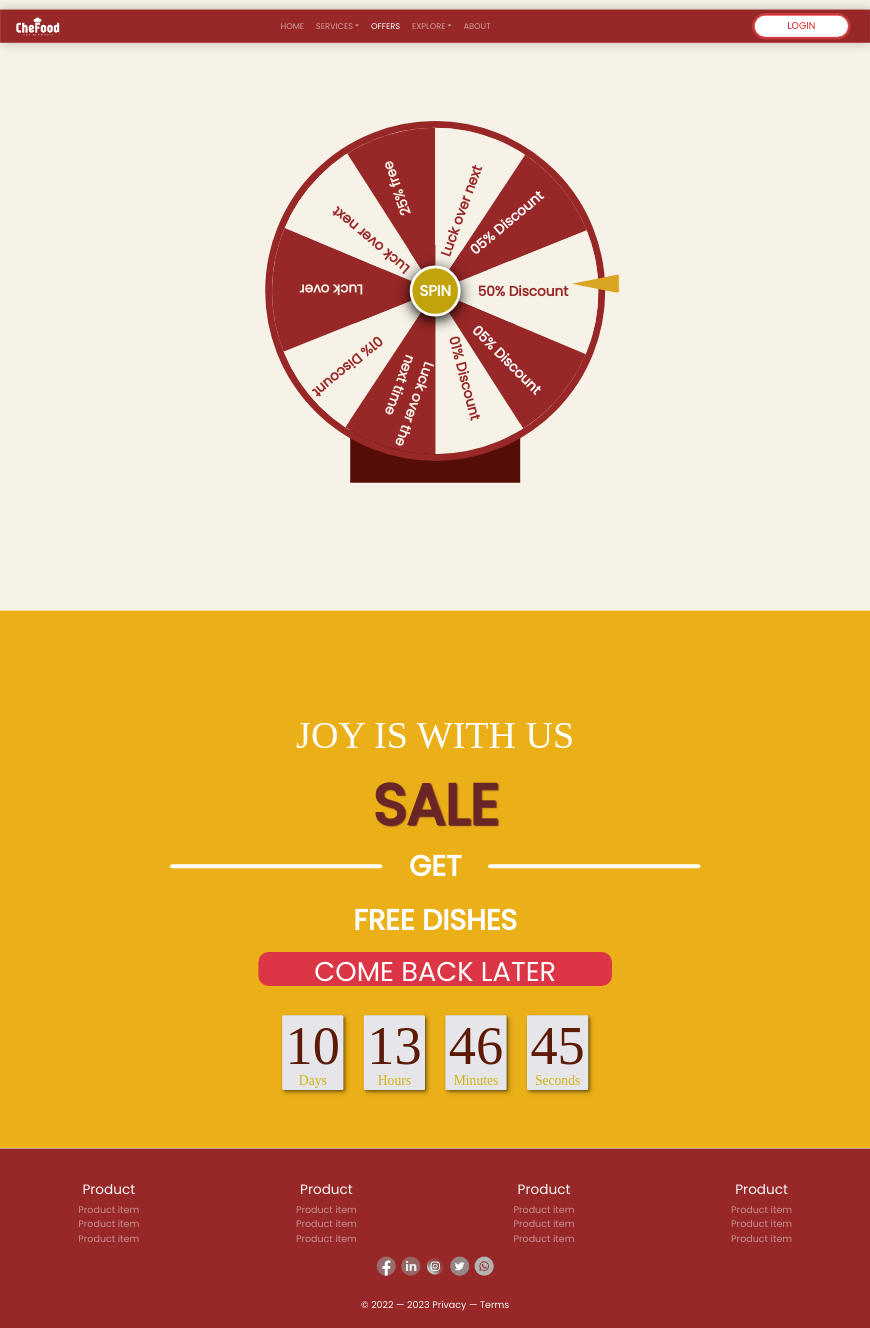
Repository: qamchamine/chefood
Page: /offers (app in front-end/)
An editor plug-in stored every save of this project. The page is shown before and after the next save, followed by the edit.
The browser window is 1280 px wide. The pictures show the whole page, at 68% of full size.
The project was rebuilt for these pictures with package versions that can differ from the ones it lists, and the page was loaded fresh each time. Some packages were replaced by stand-ins written for this rebuild. Also part of the build but not shown: front-end/src/components/small_components/ButtonMain.jsx, front-end/src/components/small_components/HomeCard.jsx, front-end/src/components/small_components/HomeCardFullSection.jsx, front-end/src/components/pages/Home.jsx, front-end/src/css/explore.css, front-end/src/components/pages/sub-pages/Gallery.jsx, front-end/src/components/pages/sub-pages/Delivery.jsx, front-end/src/components/small_components/ComponentToPrint.jsx and 28 more. Imported but missing from the stored project, and not drawn on this page: front-end/src/sounds/applause.mp3, front-end/src/sounds/wheel.mp3.

Above is the page before, as saved 2023-06-18 19:45:56.

### front-end/public/index.html
<!DOCTYPE html>
<html lang="en">
  <head>
    <meta charset="utf-8" />
    <link rel="icon" href="%PUBLIC_URL%/favicon.ico" />
    <meta name="viewport" content="width=device-width, initial-scale=1" />
    <meta name="theme-color" content="#000000" />
    <meta
      name="description"
      content="Web site created using create-react-app"
    />
    <link
    rel="stylesheet"
    href="https://fonts.googleapis.com/css?family=Roboto:400,700"
  />
    <link rel="apple-touch-icon" href="%PUBLIC_URL%/logo192.png" />
    <link rel="manifest" href="%PUBLIC_URL%/manifest.json" />

    <link rel="stylesheet" href="https://fonts.googleapis.com/icon?family=Material+Icons">

    <link rel="stylesheet" href="https://maxcdn.bootstrapcdn.com/font-awesome/4.7.0/css/font-awesome.min.css">
    <script src="https://code.jquery.com/jquery-3.5.1.min.js"></script>
    <script src="https://cdn.jsdelivr.net/npm/popper.js@1.16.0/dist/umd/popper.min.js"></script>




    <title>React App</title>
  </head>
  <body>

    <div id="root"></div>
<!--     <script src="jquery/jquery-3.6.0.js"></script>  -->
    <script src="https://unpkg.com/sweetalert/dist/sweetalert.min.js"></script>

  </body>
</html>

### front-end/src/components/Footer.jsx
import React, { useEffect } from 'react'

import Facebook from '../images/icons/facebook.png'
import Linkedin from '../images/icons/linkedin.png'
import Instagram from '../images/icons/instagram.png'
import Twitter from '../images/icons/twitter.png'
import Whatsapp from '../images/icons/whatsapp.png'
import './../css/nav-footer.css';
export default function Footer() {

    return (
        <div className='footer container-fluid' style={{ background: '#982727' }}>
            <footer className=' py-2 pt-5 d-grid text-light'>
                <div className='row justify-content-around text-center '>
                    <div className='d-grid col-6 col-sm-12 col-md-6 col-lg-4 col-xl-3'>
                        <h5>Product</h5>
                        <a className='text-decoration-none text-light opacity-50' href="">Product item</a>
                        <a className='text-decoration-none text-light opacity-50' href="">Product item</a>
                        <a className='text-decoration-none text-light opacity-50' href="">Product item</a>
                    </div>
                    <div className='d-grid col-6 col-sm-12 col-md-6 col-lg-4 col-xl-3'>
                        <h5>Product</h5>
                        <a className='text-decoration-none text-light opacity-50' href="">Product item</a>
                        <a className='text-decoration-none text-light opacity-50' href="">Product item</a>
                        <a className='text-decoration-none text-light opacity-50' href="">Product item</a>
                    </div>
                    <div className='d-grid col-6 col-sm-12 col-md-6 col-lg-4 col-xl-3'>
                        <h5>Product</h5>
                        <a className='text-decoration-none text-light opacity-50' href="">Product item</a>
                        <a className='text-decoration-none text-light opacity-50' href="">Product item</a>
                        <a className='text-decoration-none text-light opacity-50' href="">Product item</a>
                    </div>
                    <div className='d-grid col-6 col-sm-12 col-md-6 col-lg-4 col-xl-3'>
                        <h5>Product</h5>
                        <a className='text-decoration-none text-light opacity-50' href="">Product item</a>
                        <a className='text-decoration-none text-light opacity-50' href="">Product item</a>
                        <a className='text-decoration-none text-light opacity-50' href="">Product item</a>
                    </div>
                </div>
                <div className='footer-icons row justify-content-center py-3 '>
                    <div className='d-flex gap-2 justify-content-center'>
                        <a href=""> <img src={Facebook} className='footer-icon' alt="" /> </a>
                        <a href=""> <img src={Linkedin} className='footer-icon' alt="" /> </a>
                        <a href=""> <img src={Instagram} className='footer-icon' alt="" /> </a>
                        <a href=""> <img src={Twitter} className='footer-icon' alt="" /> </a>
                        <a href=""> <img src={Whatsapp} className='footer-icon' alt="" /> </a>

                    </div>
                </div>
                <div className='row justify-content-center py-3'>
                    © 2022 — 2023 Privacy — Terms
                </div>
            </footer>
        </div>

    )
}

### front-end/src/components/pages/Offers.jsx
import React from 'react'
import WheelSpin from '../small_components/WheelSpin'
import OffersButtom from '../small_components/OffersButtom'
export default function Offers() {
  return (
    <div>


      <WheelSpin/>
      <OffersButtom/>
    </div>
  )
}

### front-end/src/css/home.css
.homeBG {
    height: fit-content;
    position: relative;
    right: -10%;
    top: 34%;
    z-index: -1;
    width: 100em !important;


}
@font-face {
    font-family: 'poppin';
    src: url('../fonts/Poppins/Poppins-Regular.ttf') ;
    font-weight: normal;
    font-style: normal;
  }
body {
    font-family:'poppin', sans-serif !important;
    background-color: #F7F2E7 !important;
    max-width: 100vw;
    font-weight: normal !important;
    overflow-x: hidden;
    font-size: 14px !important;
}

body::-webkit-scrollbar {
    width: 0;
}

.nb {
/*     position: fixed; */
/*     top: 1em; */
    background-color: #982727 !important;
    box-shadow: 0 0px 20px #1f020241;
    border: 1px solid #ffffff22;
}

.navbar {
    background-color: #982727 !important;
}

.changeColor {
    background-color: blue !important;
}

.signUP {
    background: white !important;
    color: #982727 !important;
    font-weight: bold !important;
    outline: 5px solid #982727ab;
    outline-offset: -2px;
    transition: 500ms ease;


}

.homeContent {
    height: 90vh;
    z-index: 0;
    margin-top: -1.5em !important;
}

.homeContent h1 {
    color: #F7F2E7;
    text-align: start;
width: 40vw !important;
}

.homeContent h1 span {
    position: relative;
    display: inline-block;
    margin-bottom: 10px;
    padding: 4px 20px 8px;
    transition: 1s ease;
}

.homeContent h1 span::before {
    content: '';
    position: absolute;
    background: #982727;
    left: 0;
    top: 0;
    z-index: -1;
    width: 100%;
    height: 100%;
    transform: skew(-10deg);
}

.homeContent h1 span:last-child::before {
    transform: skew(10deg);
}

.homeContent p {
    width: 72%;
    color: #982727;
    text-align: left;
}

.homeContent .homeMainButtons {
    width: 72%;
}

.cardBtn {
    transition: 1s ease;
}

.cardBtn:hover {
    filter: brightness(130%);

}

.cardBtn i {
    left: 63%;
    transition: 300ms ease;
}

.cardBtn:hover i {
    left: 75%;
}

.btnMain:hover {
    filter: brightness(130%);
}

.card-img-top {
    object-fit: cover;
}

.signUP:hover {

    background: #982727 !important;
    color: white !important;
    font-weight: bold !important;
    outline: 5px solid #ffffff55;
    outline-offset: -4px;
}

.cardsGroup:not(:first-child) {
    translate: 50% 0;
}

.arrow-1-1 {
    position: absolute;
    top: 50%;
    left: 0;
}

.home .carousel-control-prev-icon,
.home .carousel-control-next-icon {

    width: 1.3em;
    height: 1.3em;
    color:black !important;

    outline: 12px solid #982929;
    outline-offset: -1px;
    background-color: #982929;
    background-size: 100%, 100%;
    border-radius: 50%;
    box-shadow: 0 0 10px black;
}

.home .carousel-control-prev,
.home .carousel-control-next {
    z-index: 10;
    width: 4em !important;
/*     background: red; */

}

/* .py-4 {
    padding-top: 0rem !important;
    padding-bottom: 0rem !important;
} */

.nb{
    zoom:87%;
}

### front-end/src/css/delivery.css
.price {
    background: #982727;
    color: white;
    text-align: center;
    padding-block: 1em;
    border-radius: .5em;
}

.delivery-page .card {
    transition: 300ms ease;
    user-select: none;
}

.delivery-page .card ul {
    list-style-type: none;
}

.delivery-page .card:hover {
    filter: contrast(120%);
    cursor: pointer;
    outline: .3em solid #982727;
    box-shadow: 0 .4em 0px .3em #982727 !important;
}

.delivery-page {
    height: fit-content;
    display: flex;
    align-items: center;
    margin-top: 8em !important;
}
.scroll-bar-activated::-webkit-scrollbar {
    display: block !important;
    background: rgba(255, 0, 0, 0) !important;
    width: 1em !important;
}
.scroll-bar-activated{
    overflow: overlay !important;

}
.scroll-bar-activated::-webkit-scrollbar-thumb {
    display: block !important;
    background: linear-gradient(to bottom,transparent 0% 23%,#982727 20% 70%,transparent 50% 100%) !important;
    z-index: 10000000 !important;
    width: 10px !important;
}

.delivery-page>div {
    height: fit-content;
    position: relative;

}

.delivery-page>div:last-child h5 img {
    height: 11em;
}

h1.section-2{
    margin-top: 4em ;
}
.cards2{
    margin-bottom: 5em ;
}
h1{
    text-transform: uppercase;
    color: #6a2626;;
}

### front-end/src/components/small_components/OffersButtom.jsx
import React from 'react'
import '../pages/style/offoreB.css'
// import  CountDown  from './CountDown'
import Timer from './Timer'


export default function OffersButtom() {
  return (
    <div className='parent-element bgBorder'>
      <div className='borderTB'></div>
        <div className=' contM '>
            <h1 className='title'>Joy is with us</h1>
                <h1 className='titleblack color-dark'>SALE</h1>
                  <p className='getparagraph'>GET</p>
                  <p>FREE DISHES</p>

                  <span className='bg-danger h1 Vbotton  '>COME BACK LATER</span>
                  {/* <CountDown duration={2 * 24 * 60 * 60 * 1000}/> */}
                  <Timer/>


        </div>
      <div className='borderTB'></div>
    </div>
  )
}

### front-end/src/css/spinWheel.css
/* * {
    box-sizing: border-box;
    padding: 0;
    margin: 0;
    outline: none;
  }

  body {
    font-family: Open Sans;
    display: flex;
    justify-content: center;
    align-items: center;
    height: 100vh;
    overflow: hidden;
    background: linear-gradient(rgba(0, 0, 0, 0.4), rgba(0, 0, 0, 0.4)),
      url(https://source.unsplash.com/hNvr4nqFIcQ/2500x1800);
    background-size: cover;
  }
   */

   .spinner-wheel {
    display: flex;
    justify-content: center;
    height: 100vh;
    align-items: start;
    margin-bottom: 0%;
    margin-top: 9%;
}

  .spinBase {
    width: 250px;
    height: 350px;
    background-color: #550e07;
    position: absolute;
    top: 50vh;
    border-radius: 70% 70% 0% 0%;
    z-index: -1;
}


   .spinner-wheel  .mainbox {
    position: relative;
    width: 500px;
    height: 500px;
  }

  .spinner-wheel  .mainbox:after {
    position: absolute;
    content: "";
    width:5em;
/*     height: 30%; */
    background: goldenrod  /* url('../images/icons/arrow-bottom.png')  */ no-repeat;
    background-size: contain;
    left: 100%;
    border:1px solid #F7F2E7;
    height: 2em !important;

    clip-path: polygon(0 50%,100% 0,100% 100%,0 50%);
    top: 45%;
    translate:-70% 0;
    transform: rotate(0deg);
  }

  .spinner-wheel .box {
    width: 100%;
    height: 100%;
    position: relative;
    border-radius: 50%;
    border: 10px solid #982727;
    overflow: hidden;
    transition: all ease-in-out 5s;
    transform: rotate(90deg);
 /*    outline: 1px solid #fff; */
    outline-offset: 0px;
  }

  .spinner-wheel span {
    width: 100%;
    height: 100%;
    display: inline-block;
    position: absolute;
  }

  .spinner-wheel .span1 {
    clip-path: polygon(0 17%, 0 50%, 50% 50%);
    background-color:#F7F2E7;
    color: #982727 !important;
  }

  .spinner-wheel .span2 {
    clip-path: polygon(0 17%, 30% 0, 50% 50%);
    background-color: #982727;
  }

  .spinner-wheel .span3 {
    clip-path: polygon(30% 0, 71% 0, 50% 50%);
    background-color: #F7F2E7;
    color: #982727 !important;

  }

  .spinner-wheel .span4 {
    clip-path: polygon(71% 0, 100% 18%, 50% 50%);
    background-color:#982727;
  }

  .spinner-wheel  .span5 {
    clip-path: polygon(100% 18%, 100% 50%, 50% 50%);
    background: #F7F2E7;
    color: #982727 !important;

  }

  .spinner-wheel .box2 .span1 {
    background-color: #982727;
    color: #F7F2E7 !important;
  }
  .spinner-wheel .box2 .span2 {
    background-color: #F7F2E7;
    color: #982727 !important;

  }
  .spinner-wheel .box2 .span3 {
    background-color: #982727 !important;
    color: #F7F2E7 !important;
  }
  .spinner-wheel .box2 .span4 {
    background-color: #F7F2E7;
    color: #982727 !important;

  }
  .spinner-wheel .box2 .span5 {
    background-color: #982727 !important;
    color: #F7F2E7 !important;
  }

  .spinner-wheel .box2 {
    width: 100%;
    height: 100%;
    transform: rotate(180deg);
  }

  .spinner-wheel  .font {
    color: white;
    font-size: 20px;
  }

  .spinner-wheel .box1 .span1 b {
    position: absolute;
    top: 39%;
    right: 60%;
    transform: rotate(200deg);
    text-align: center;
  }

  .spinner-wheel .box1 .span2 b {
    position: absolute;
    top: 25%;
    right: 57%;
    transform: rotate(-130deg);
  }

  .spinner-wheel .box1 .span3 b {
    position: absolute;
    top: 20%;
    right: 36%;
    transform: rotate(-90deg);
  }

  .spinner-wheel .box1 .span4 b {
    position: absolute;
    top: 25%;
    right: 15%;
    transform: rotate(-45deg);
  }

  .spinner-wheel .box1 .span5 b {
    position: absolute;
    top: 38%;
    right: 10%;
    transform: rotate(-15deg);
    text-align: center;
  }

  .spinner-wheel .box2 .span1 b {
    position: absolute;
    top: 34%;
    right: 70%;
    transform: rotate(200deg);
  }

  .spinner-wheel .box2 .span2 b {
    position: absolute;
    top: 20%;
    right: 60%;
    transform: rotate(-130deg);
    text-align: center;
  }

  .spinner-wheel .box2 .span3 b {
    position: absolute;
    top: 15%;
    right: 40%;
    transform: rotate(270deg);
  }

  .spinner-wheel .box2 .span4 b {
    position: absolute;
    top: 27%;
    right: 20%;
    transform: rotate(310deg);
  }

  .spinner-wheel .box2 .span5 b {
    position: absolute;
    top: 35%;
    right: 10%;
    transform: rotate(-20deg);
    text-align: center;
  }

  .spinner-wheel .spin {
    position: absolute;
    top: 50%;
    left: 50%;
    transform: translate(-50%, -50%);
    width: 75px;
    height: 75px;
    border-radius: 50%;
    border: 4px solid white;
    background-color: #c2a30b;
    color: #fff;
    box-shadow: 0 5px 20px #000;
    font-weight: bold;
    font-size: 22px;
    cursor: pointer;
    z-index: 1;
  }

  .spinner-wheel .spin:active {
    width: 70px;
    height: 70px;
    font-size: 20px;
  }

  .spinner-wheel  .mainbox.animate:after {
    animation: animateArrow 0.7s ease infinite;
  }

  .spinner-wheel   audio {
    display: none;
  }

  @keyframes animateArrow {
    50% {
      right: -50px;
    }
  }

  @media (max-width: 576px) {
    .spinner-wheel  .mainbox {
      width: 100%;
      height: 50%;
    }

  }
  @media (min-width: 600px){
    .spinner-wheel::before{

      clip-path: polygon(0 50%,100% 0,100% 100%,0 50%);
      top: 54%;
      left: 62%;
      translate : -50%;
      transform: rotate(90deg);

    }

  }



  .claim-btn {
    background: #982727 !important ;
  }

### front-end/src/components/small_components/Timer.jsx
import React, { useEffect, useState } from 'react';
import '../../css/Timer.css'

function Timer() {
  const [days, setDays] = useState('00');
  const [hours, setHours] = useState('00');
  const [minutes, setMinutes] = useState('00');
  const [seconds, setSeconds] = useState('00');

  useEffect(() => {
    function makeTimer() {
      const endTime = new Date("29 jun 2023 9:56:00 GMT+01:00");
      const endTimeInSeconds = Date.parse(endTime) / 1000;

      const now = new Date();
      const nowInSeconds = Date.parse(now) / 1000;

      const timeLeft = endTimeInSeconds - nowInSeconds;

      const calculatedDays = Math.floor(timeLeft / 86400);
      const calculatedHours = Math.floor((timeLeft - calculatedDays * 86400) / 3600);
      const calculatedMinutes = Math.floor((timeLeft - calculatedDays * 86400 - calculatedHours * 3600) / 60);
      const calculatedSeconds = Math.floor(timeLeft - calculatedDays * 86400 - calculatedHours * 3600 - calculatedMinutes * 60);

      const formattedHours = calculatedHours < 10 ? `0${calculatedHours}` : calculatedHours.toString();
      const formattedMinutes = calculatedMinutes < 10 ? `0${calculatedMinutes}` : calculatedMinutes.toString();
      const formattedSeconds = calculatedSeconds < 10 ? `0${calculatedSeconds}` : calculatedSeconds.toString();

      setDays(calculatedDays.toString());
      setHours(formattedHours);
      setMinutes(formattedMinutes);
      setSeconds(formattedSeconds);
    }

    const timerInterval = setInterval(makeTimer, 100);

    return () => {
      clearInterval(timerInterval);
    };
  }, []);

  return (
    <div className='timer'>
      <div id="days" className='timerD' >{days}<span className='Stime'>Days</span></div>
      <div id="hours"  className='timerD'>{hours}<span className='Stime'>Hours</span></div>
      <div id="minutes" className='timerD' >{minutes}<span className='Stime'>Minutes</span></div>
      <div id="seconds" className='timerD' >{seconds}<span className='Stime'>Seconds</span></div>
    </div>
  );
}

export default Timer;

### front-end/src/css/location.css
@import url('https://fonts.googleapis.com/css2?family=Roboto:wght@100&display=swap');

.location-color
{
  color : #982727;
  text-transform: uppercase;
  letter-spacing: 0.3em;
}
.where-restorant
{
    width: 459px;
    margin:auto;
}
.restorant-location-title{
    font-family: 'Century Gothic';
    font-size:32px;
    font-weight:400;
}
.restorant-location-line{
    background:#B12222;
    height: 3px;
    width: 450px;
    display: inline-block;
    margin: 15px auto;
}
.restorant-location-p
{
    color:#000000 75%;
    font-size: 15px;
    font-weight: 400;
    font-family: 'Roboto', sans-serif;
}
.main-location{
    display: grid !important;
    grid-template-columns: repeat(2, 1fr);
    flex-direction: column;
    justify-content: center;
    align-items: center;
    text-align:center;
}
.restorant-location-btn{
    background-color: #B12222;
    border: none;
    width: 300px;
    height: 40px;
    border-radius: 15px;
    color: #fff;
}
.restorant-location-btn:hover{
    background-color: #fff;
    border: 2px solid #B12222;
    border-radius: 15px;
    color: #B12222;
}
.location-icon{
    margin-right: 15px;
}


  @media (max-width: 1123px) { /* Extra large devices (large desktops, 1200px and up) */
    .earth-image img{
        width: 450px;
    }
  }
  @media (max-width: 992px) { /* Medium devices (tablets, 768px and up) */
    .earth-image img{
        width: 400px;
    }
    .where-restorant {
        width: 400px;
        margin: auto;
    }
    .restorant-location-line{
        width: 350px;
        display: inline-block;
    }
  }
  @media (max-width: 868px) { /* Medium devices (tablets, 768px and up) */

    .earth-image img{
        width: 380px;
    }
    .where-restorant {
        width: 380px;
        margin: auto;
    }
    .restorant-location-line{
        width: 320px;
        display: inline-block;
    }
    .restorant-location-p{
        font-size: 13px;
    }
    .restorant-location-title{
        font-size:28px;
    }

  }
  @media (max-width: 783px) { /* Small devices (landscape phones, 576px and up) */
    .earth-image img{
        margin-top: 30px;
        width: 380px;
    }
    .where-restorant {
        width: 380px;
        margin: auto;
    }
    .restorant-location-line{
        width: 320px;
        display: inline-block;
    }
    .restorant-location-p{
        font-size: 15px;
    }
    .restorant-location-title{
        font-size:32px;
    }
    .main-location{
        display: grid !important;
        grid-template-columns: repeat(1, 1fr);
        justify-items: center;
        text-align:center;
    }
  }
  @media(max-width: 401px){ /* Small devices (landscape phones, 576px and up) */
    .earth-image img{
        width: 330px;
        margin-top: 30px;
    }
    .where-restorant {
        width: 330px;
        margin: auto;
    }
    .restorant-location-line{
        width: 320px;
        display: inline-block;
    }
    .restorant-location-p{
        font-size: 13px;
    }
    .restorant-location-title{
        font-size:28px;
    }
    .main-location{
        display: grid !important;
        grid-template-columns: repeat(1, 1fr);
        justify-items: center;
        text-align:center;
    }
  }

### front-end/src/css/Timer.css

@import url(https://fonts.googleapis.com/css?family=Titillium+Web:400,200,200italic,300,300italic,900,700italic,700,600italic,600,400italic);

/* .timer {
  font-family: 'Titillium Web', cursive;
  width: 800px;
  margin: 0 auto;
  text-align: center;
  color: white;
  background: #222;
  font-weight: 100;
} */

.timer {
  display: inline-flex;
  line-height: 1;
  padding: 20px;
  font-size: 40px;
  font-family: 'Times New Roman', cursive;


}
.timerD{
    border-radius: 2px;
    padding: 5px;
    font-size: 10px;
    border: 70px rgb(131, 55, 55);
    box-shadow:2px 2px 4px rgba(0, 0, 0, 0.4), 4px 4px 8px rgba(0, 0, 0, 0.2);
}

.Stime {
  display: block;
  font-size: 20px;
  color: rgb(206, 178, 19);

}

#days {
  font-size: 80px;
  color: rgb(92, 25, 5);
  background-color:rgb(230, 230, 234);

  margin: 15px;
}
#hours {
  font-size: 80px;
  color: rgb(92, 25, 5);
  background-color:rgb(230, 230, 234);
  margin: 15px;
}
#minutes {
  font-size: 80px;

  color: rgb(92, 25, 5);
  background-color:rgb(230, 230, 234);
  margin: 15px;
}
#seconds {
  font-size: 80px;
  color: rgb(92, 25, 5);
  background-color:rgb(230, 230, 234);
  margin: 15px;
}

Loaded but not shown: front-end/src/index.css (common file); front-end/src/App.js (39 lines, source omitted); front-end/src/config/LoginContext.js (68 lines, source omitted); front-end/src/index.js (20 lines, source omitted); front-end/src/components/small_components/WheelSpin.jsx (195 lines, source omitted); front-end/src/css/reservation.css (400 lines, source omitted); front-end/src/components/Navbar.jsx (162 lines, source omitted); front-end/src/css/nav-footer.css (260 lines, source omitted); front-end/src/css/contactus.css (178 lines, source omitted); front-end/src/components/pages/style/offoreB.css (191 lines, source omitted)

After the next save:
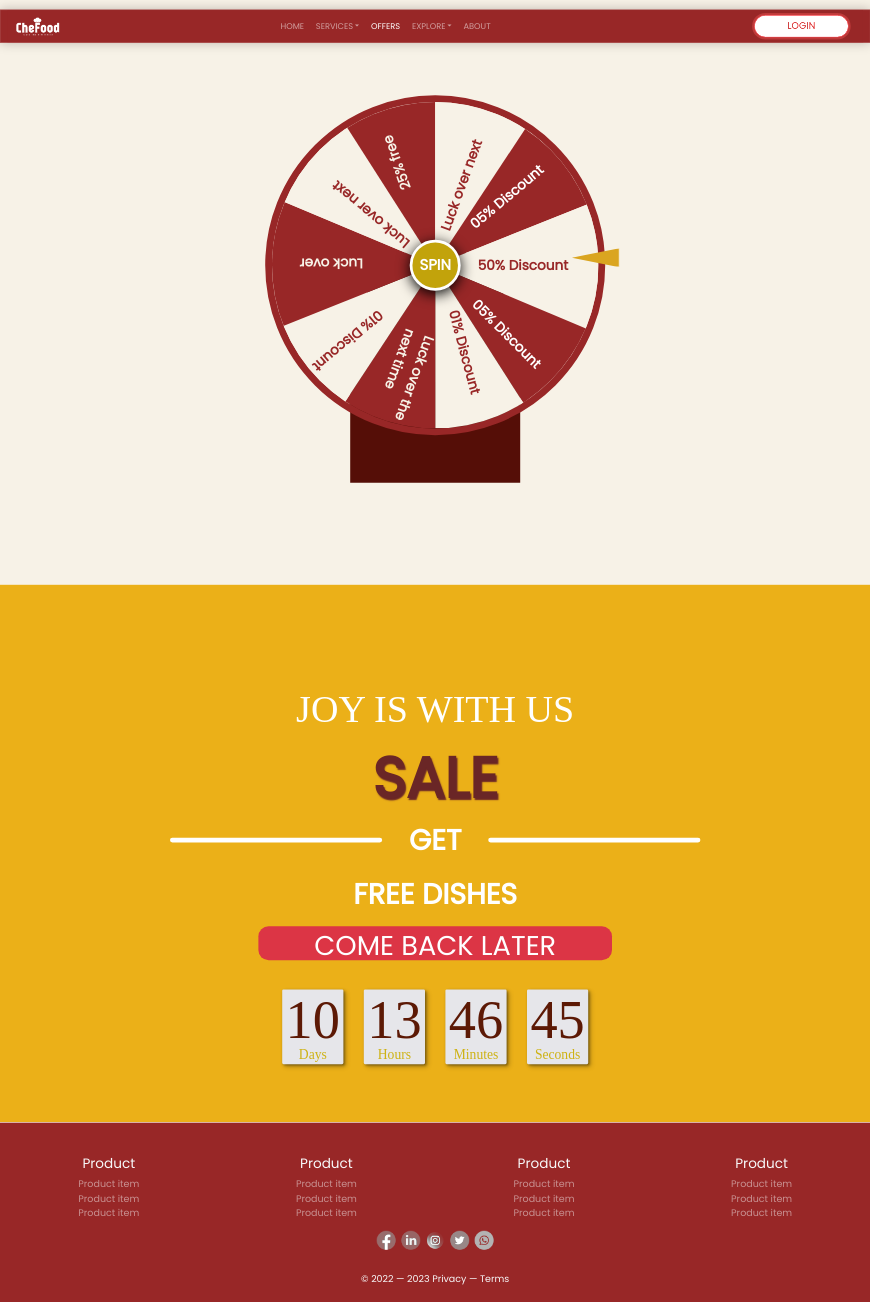
Saved 15 s later.
--- a/front-end/src/css/spinWheel.css
+++ b/front-end/src/css/spinWheel.css
@@ -24,7 +24,7 @@
     height: 100vh;
     align-items: start;
     margin-bottom: 0%;
-    margin-top: 9%;
+    margin-top: 6%;
 }
 
   .spinBase {
